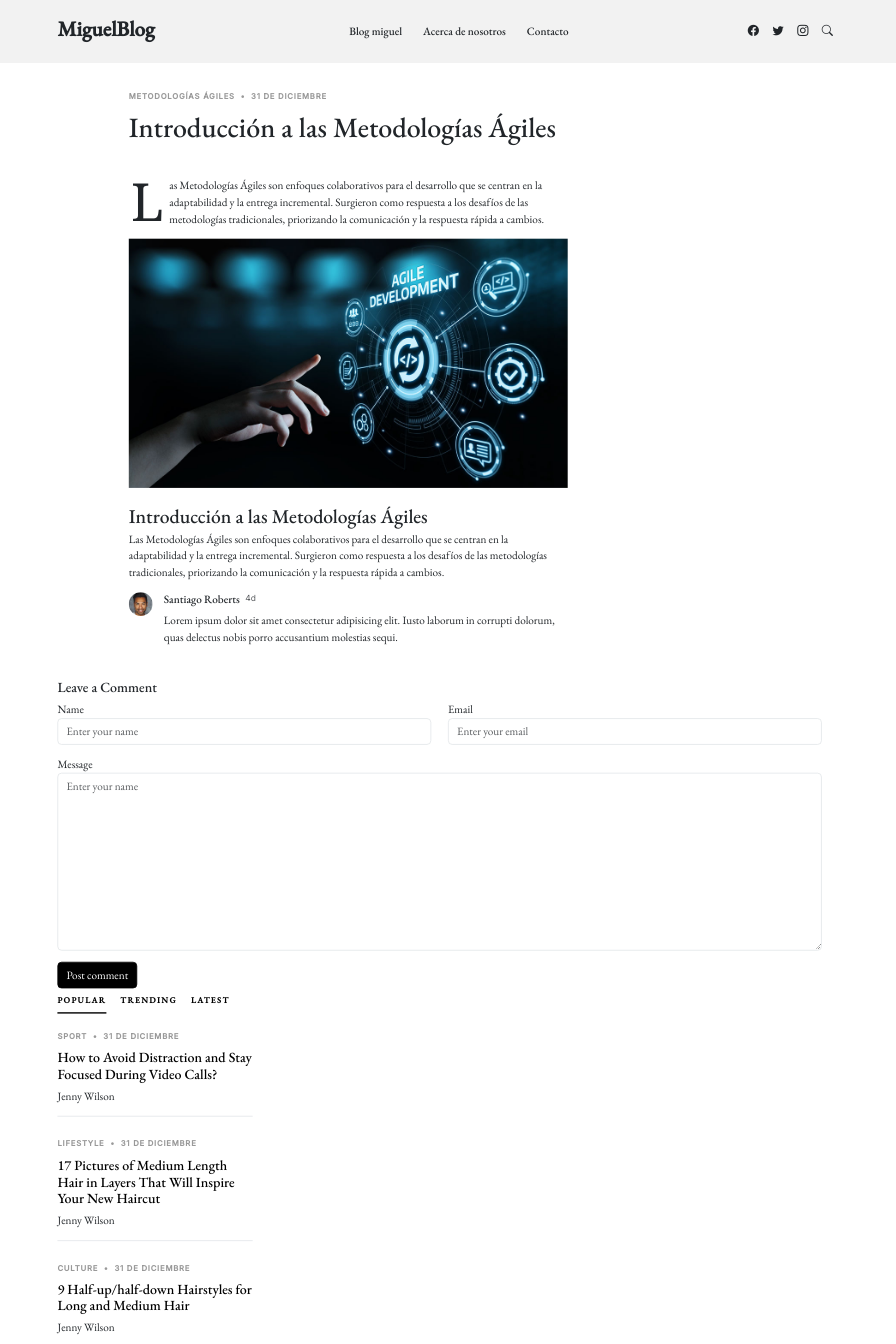
Repository: MiguelDev5/blog-miguel
Page: ma-post.html
The author's editor kept a copy of each file at every save. The page is drawn from the files as they stood at one save, then again after the next save.
The browser window is 1280 px wide. The pictures show the part of the page from y = 0 to 1920 px (the page is 3802 px tall before and 2567 px after), at 70% of full size.
Some web fonts or font styles are not loaded; a fallback is used.

Above is the page before, as saved 2024-01-01 14:08:43.

After the next save:
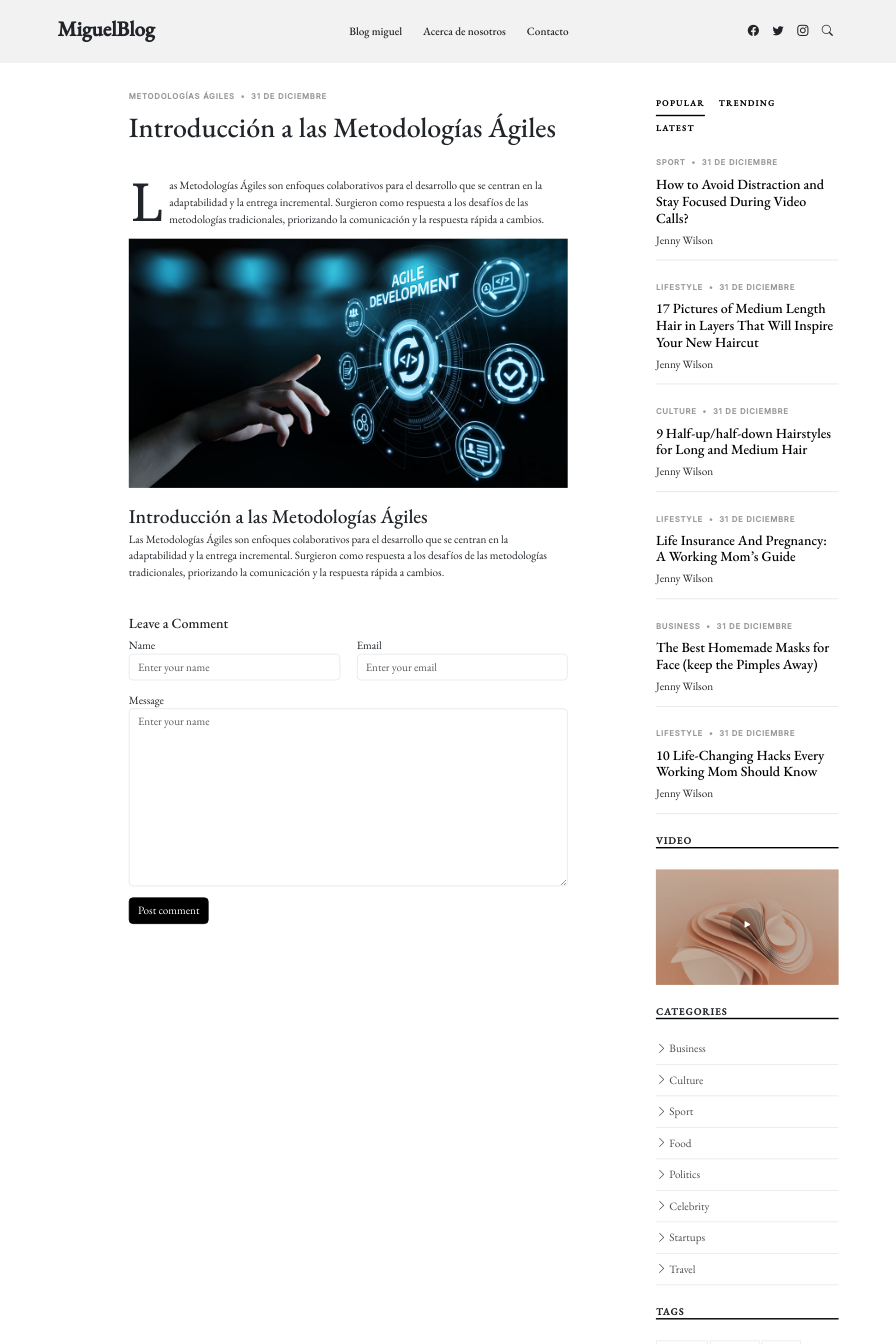
Saved 15 s later.
--- a/ma-post.html
+++ b/ma-post.html
@@ -101,24 +101,6 @@
               <p>Las Metodologías Ágiles son enfoques colaborativos para el desarrollo que se centran en la adaptabilidad y la entrega incremental. Surgieron como respuesta a los desafíos de las metodologías tradicionales, priorizando la comunicación y la respuesta rápida a cambios.</p>
 
 
-
-              <div class="comment d-flex">
-                <div class="flex-shrink-0">
-                  <div class="avatar avatar-sm rounded-circle">
-                    <img class="avatar-img" src="assets/img/person-2.jpg" alt="" class="img-fluid">
-                  </div>
-                </div>
-                <div class="flex-shrink-1 ms-2 ms-sm-3">
-                  <div class="comment-meta d-flex">
-                    <h6 class="me-2">Santiago Roberts</h6>
-                    <span class="text-muted">4d</span>
-                  </div>
-                  <div class="comment-body">
-                    Lorem ipsum dolor sit amet consectetur adipisicing elit. Iusto laborum in corrupti dolorum, quas delectus nobis porro accusantium molestias sequi.
-                  </div>
-                </div>
-              </div>
-            </div><!-- End Comments -->
 
             <!-- ======= Comments Form ======= -->
             <div class="row justify-content-center mt-5">
